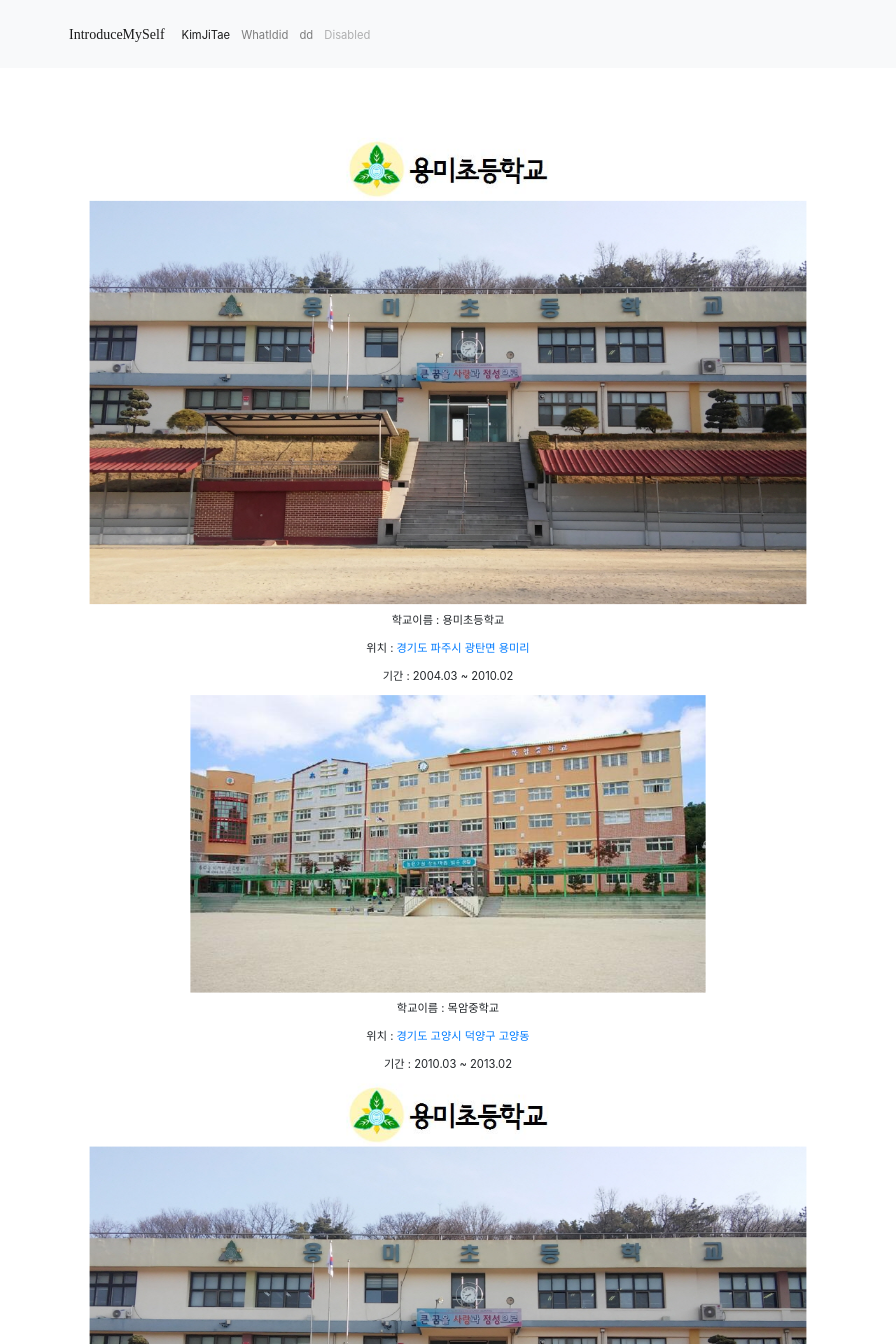
Repository: wlxo0401/IntroduveMySelf
Page: IntroduceMySelf/WebContent/KimJiTae.html
An editor plug-in stored every save of this project. The page is shown before and after the next save, followed by the edit.
The browser window is 1280 px wide. The pictures show the part of the page from y = 0 to 1920 px (the page is 3218 px tall before and 3118 px after), at 70% of full size.

Above is the page before, as saved 2020-03-11 07:12:58.

### IntroduceMySelf/WebContent/KimJiTae.html
<!DOCTYPE html>
<html>
  <head>
    <!-- Required meta tags -->
    <meta charset="utf-8">
    <meta name="viewport" content="width=device-width, initial-scale=1, shrink-to-fit=no">

    <!-- Bootstrap CSS -->
    <link rel="stylesheet" href="https://stackpath.bootstrapcdn.com/bootstrap/4.4.1/css/bootstrap.min.css" integrity="sha384-Vkoo8x4CGsO3+Hhxv8T/Q5PaXtkKtu6ug5TOeNV6gBiFeWPGFN9MuhOf23Q9Ifjh" crossorigin="anonymous">

    <title>Hello, world!</title>
    <link rel = "stylesheet" href = "style.css">
  </head>
<body>

<div id = "wrap">
	<!-- header -->
	<div id = "header">
		<nav class="navbar navbar-expand-lg navbar-light bg-light nav-distance">
			<a class="navbar-brand" href="https://pensive-heyrovsky-621c38.netlify.com">IntroduceMySelf</a>
		  	<button class="navbar-toggler" type="button" data-toggle="collapse" data-target="#navbarNav" aria-controls="navbarNav" aria-expanded="false" aria-label="Toggle navigation">
		    	<span class="navbar-toggler-icon"></span>
		  	</button>
		  	<div class="collapse navbar-collapse" id="navbarNav">
		    	<ul class="navbar-nav">
		      		<li class="nav-item active">
		        		<a class="nav-link" href="#">KimJiTae <span class="sr-only">(current)</span></a>
		      		</li>
		      		<li class="nav-item">
		        		<a class="nav-link" href="#">WhatIdid</a>
		      		</li>
		      		<li class="nav-item">
		        		<a class="nav-link" href="#">dd</a>
		      		</li>
		      		<li class="nav-item">
		        		<a class="nav-link disabled" href="#" tabindex="-1" aria-disabled="true">Disabled</a>
		      		</li>
		    	</ul>
			</div>
		</nav>
	</div>
	<!-- //header -->
	<!-- container -->
	<div class = "container">
		<div class = "ElementarySchool">
			<img src="img/eslogo.jpg" alt="My Image">
			<img src="img/espic.jpg" alt="My Image">
			<p>학교이름 : 용미초등학교</p>
			<p>위치 : <a href='http://naver.me/F72uX0N2'>경기도 파주시 광탄면 용미리</a> </p>
			<p>기간 : 2004.03 ~ 2010.02</p>
		</div>
		<div class ="MiddleSchool">
			<img src="img/mokam.jpg" alt="My Image">
			<p>학교이름 : 목암중학교</p>
			<p>위치 : <a href='http://naver.me/xHH8JUWO'>경기도 고양시 덕양구 고양동</a> </p>
			<p>기간 : 2010.03 ~ 2013.02</p>
		</div>
		<div class ="HighSchool">
			<img src="img/eslogo.jpg" alt="My Image">
			<img src="img/espic.jpg" alt="My Image">
			</br>
			<p>학교이름 : 고양일고등학교</p>
			<p>위치 : <a href='http://naver.me/5oOmveoe'>경기도 고양시 덕양구 고양동</a> </p>
			<p>기간 : 2013.03 ~ 2016.02</p>
		</div>
		<div class ="HighSchool">
			<img src="img/eslogo.jpg" alt="My Image">
			<img src="img/espic.jpg" alt="My Image">
			</br>
			<p>학교이름 : 인하공업전문대학</p>
			<p>위치 : <a href='http://naver.me/5L0Rg6Xr'>인천 미추홀구 학익동</a> </p>
			<p>기간 : 2016.03 ~ </p>
		</div>
	</div>
	<!-- //container -->
	<!-- footer -->
	<div id = "footer">
		<div class="footer-intro">만든이 : <a href="wlxo0401@gmail.com"> wlxo0401@gmail.com</a><span class="bar"></span>소개 : 연습용 개인 사이트입니다.</div>
		<div class="copyright">Copyright© KimJiTae</div>
	</div>
	<!-- //footer -->
</div>
<!-- Optional JavaScript -->
<!-- jQuery first, then Popper.js, then Bootstrap JS -->
<script src="https://code.jquery.com/jquery-3.4.1.slim.min.js" integrity="sha384-J6qa4849blE2+poT4WnyKhv5vZF5SrPo0iEjwBvKU7imGFAV0wwj1yYfoRSJoZ+n" crossorigin="anonymous"></script>
<script src="https://cdn.jsdelivr.net/npm/popper.js@1.16.0/dist/umd/popper.min.js" integrity="sha384-Q6E9RHvbIyZFJoft+2mJbHaEWldlvI9IOYy5n3zV9zzTtmI3UksdQRVvoxMfooAo" crossorigin="anonymous"></script>
<script src="https://stackpath.bootstrapcdn.com/bootstrap/4.4.1/js/bootstrap.min.js" integrity="sha384-wfSDF2E50Y2D1uUdj0O3uMBJnjuUD4Ih7YwaYd1iqfktj0Uod8GCExl3Og8ifwB6" crossorigin="anonymous"></script>
</body>
</html>

### IntroduceMySelf/WebContent/style.css
body{
	margin: 0;
	padding: 0;
}

.container{
	margin-top: 100px;
	text-align: center;
}

.maintitle1{
	font-family: NanumSquareR;
	font-size: 100px;
	line-height: 1.67;
	text-transform: uppercase;
	font-weight: 900;
	text-align: center;
	color: #354655d;
	margin-top: 50px;
	margin-bottom: 50px;
}


.maintitle2{
	text-transform: uppercase;
	font-family: NanumSquareR;
	font-size: 44.5px;
	line-height: 1.67;
	text-align: center;
	color: #354655d;
}


.nav-distance{
	padding: 2.1% 7.7%
}

.navbar-brand{
	font-family: NanumSquareR;
	line-height: 1.68;
	text-align: left;
	color: #35465d;
}


/* On screens that are 600px or less, set the background color to olive */
@media screen and (max-width: 600px) {
  html {
    font-size: 10px;
  }
  .navbar-brand{
  	font-size: 4rem;
  }
}
.footer {
    position: absolute;
    left: 0;
    bottom: 0;
    padding-bottom: 50px;
    width: 100%;
	padding: 15px 0;
	text-align: center;
	color: white;
	background: blue;

}

 p {
    margin-top: 10px;
    margin-bottom: 1rem;
}
.footer-intro {
    text-align: center;
    margin-top: 10px;
    line-height: 14px;
    color: #636363;
}
.footer-intro span.bar {
    display: inline-block;
    width: 1px;
    height: 10px;
    background: #bebebe;
    margin: 0 10px;
}
.copyright {
    margin-top: 10px;
    margin-bottom: 30px;
    text-align: center;
    color: #636363;
}

After the next save:
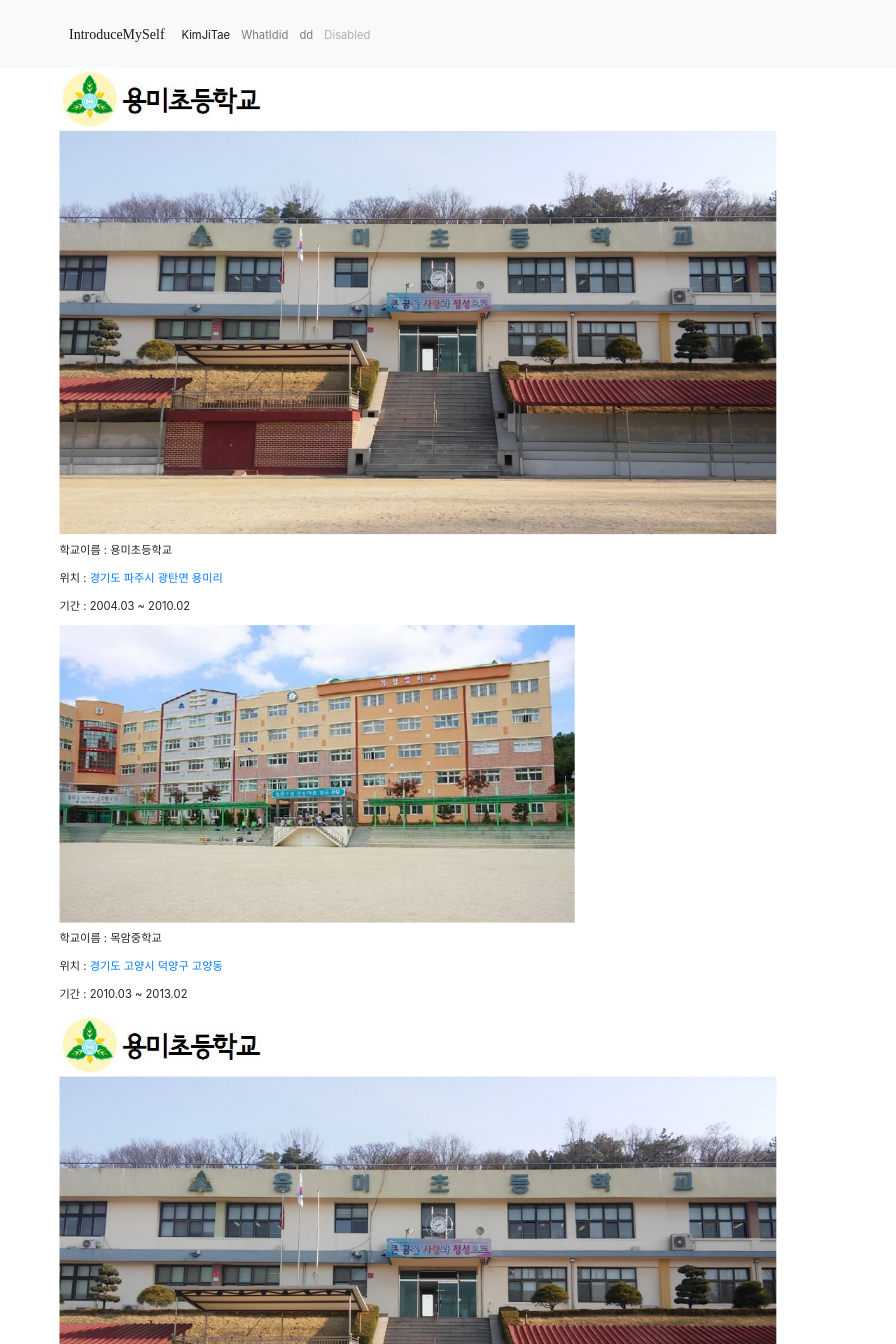
Saved 19 s later.
--- a/IntroduceMySelf/WebContent/style.css
+++ b/IntroduceMySelf/WebContent/style.css
@@ -3,7 +3,7 @@
 	padding: 0;
 }
 
-.container{
+.containerschool{
 	margin-top: 100px;
 	text-align: center;
 }

After the save that followed:
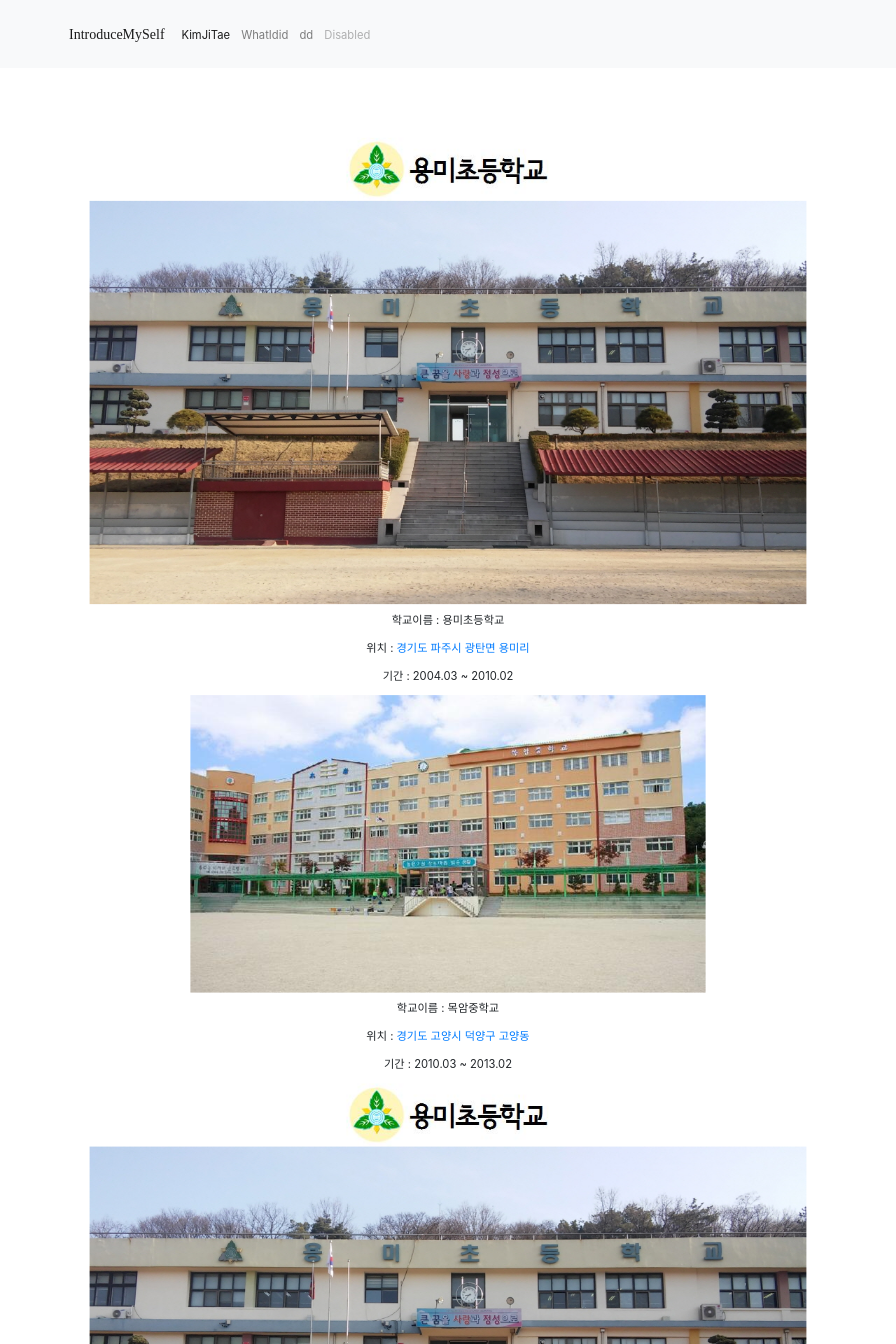
Saved 1 s later.
--- a/IntroduceMySelf/WebContent/KimJiTae.html
+++ b/IntroduceMySelf/WebContent/KimJiTae.html
@@ -41,7 +41,7 @@
 	</div>
 	<!-- //header -->
 	<!-- container -->
-	<div class = "container">
+	<div class = "containerschool">
 		<div class = "ElementarySchool">
 			<img src="img/eslogo.jpg" alt="My Image">
 			<img src="img/espic.jpg" alt="My Image">
